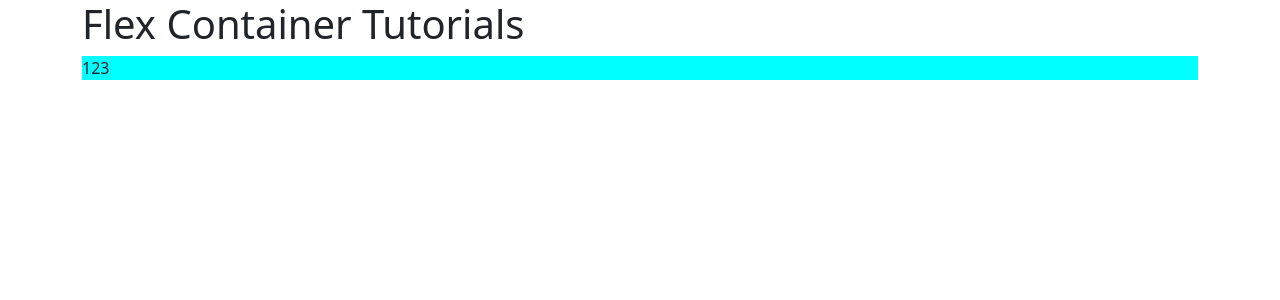
Repository: tandoan-teaching/teaching
Page: ltt/web/exercises/flexbox/flex-container.html
These files come from the project's save history. The page is drawn as it stood at one moment and after the next save; the edit follows.
The browser window is 1280 px wide. The pictures show the whole page.

Above is the page before, as saved 2024-03-24 16:09:40.

After the next save:
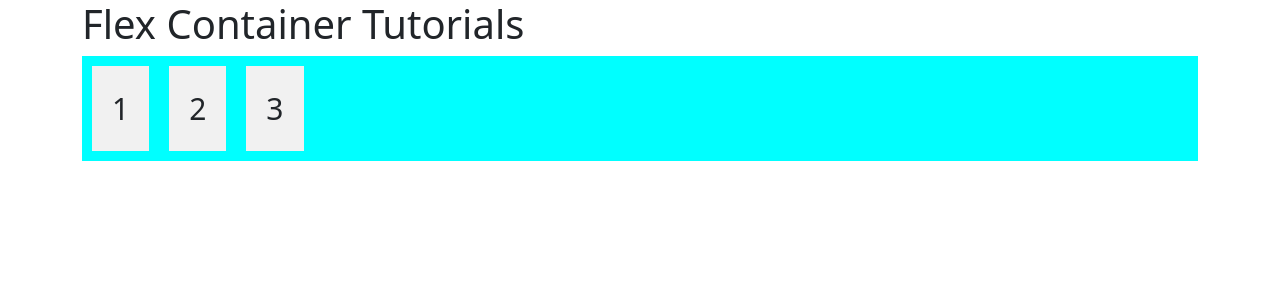
Saved 20 s later.
--- a/ltt/web/exercises/flexbox/flex-container.html
+++ b/ltt/web/exercises/flexbox/flex-container.html
@@ -14,6 +14,13 @@
         .flex-container {
             display: flex;
             background-color: aqua;
+          }
+
+          .flex-container > div {
+            background-color: #f1f1f1;
+            margin: 10px;
+            padding: 20px;
+            font-size: 30px;
           }
     </style>
     </head>
